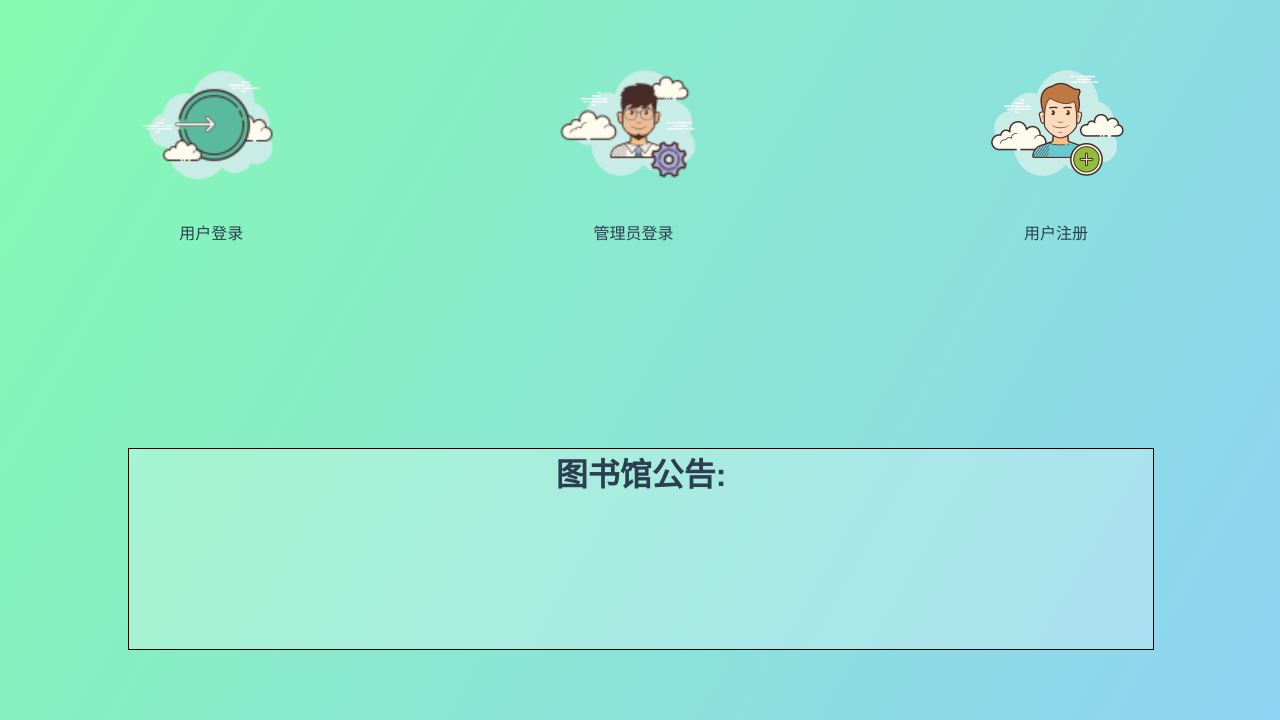
Repository: Akron-xz/helloVue
Page: / (app in vue-library/)
These files come from the project's save history. The page is drawn as it stood at one moment and after the next save; the edit follows.
The browser window is 1280 px wide. The pictures show the whole page.
The page's requests for data from a server got no answer. The project was rebuilt for these pictures with package versions that can differ from the ones it lists, and the page was loaded fresh each time. No one was signed in, and anything a server would have sent is missing.

Above is the page before, as saved 2020-11-23 22:14:23.

After the next save:
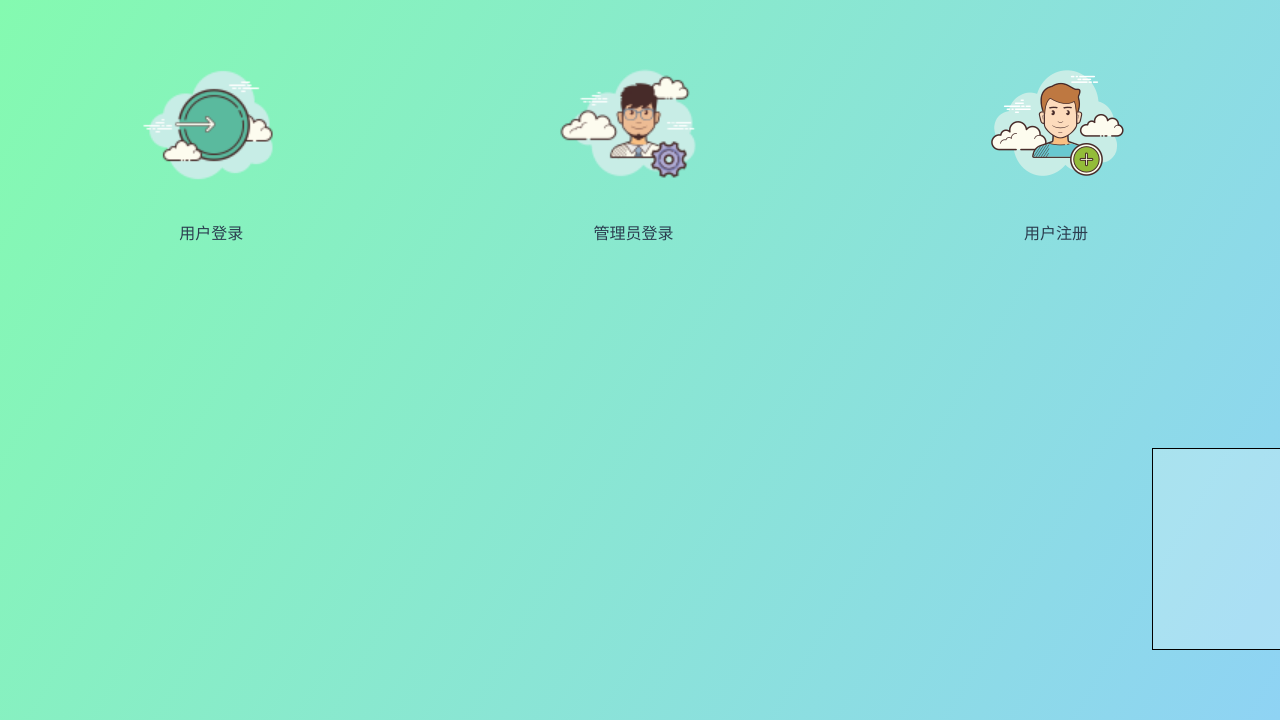
Saved 10 h 40 min later.
--- a/vue-library/src/views/Home.vue
+++ b/vue-library/src/views/Home.vue
@@ -134,7 +134,7 @@ export default {
   left: 50%;
   height: 200px;
   width: 80%;
-  margin-left: -40%;
+  margin-left: 40%;
   background-color: #ffffff40;
   border: 1px solid black;
 }
